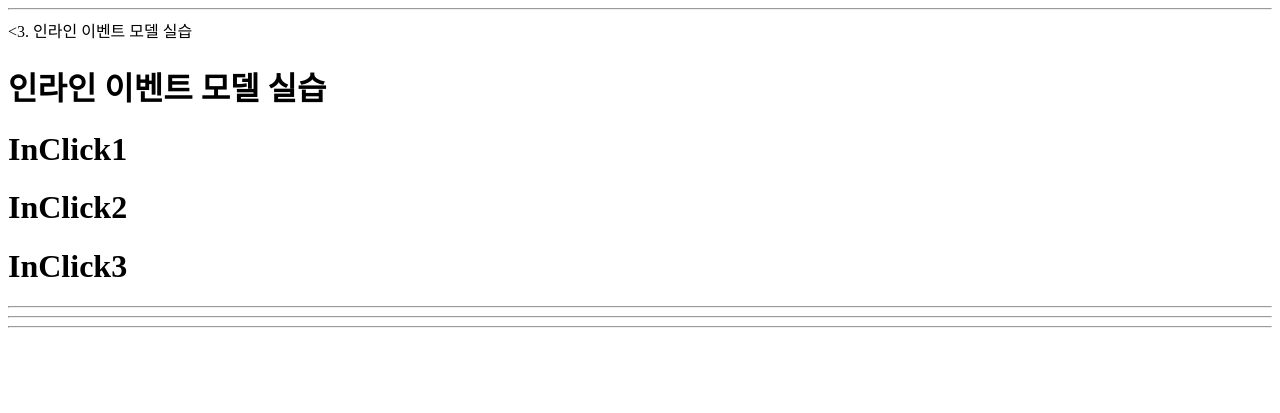
Repository: chlguswns1/web-practice
Page: javaScript/src/main/webapp/10_Event.html
These files come from the project's save history. The page is drawn as it stood at one moment and after the next save; the edit follows.
The browser window is 1280 px wide. The pictures show the whole page.

Above is the page before, as saved 2023-03-08 03:56:56.
Console error: SyntaxError: Unexpected token '('

After the next save:
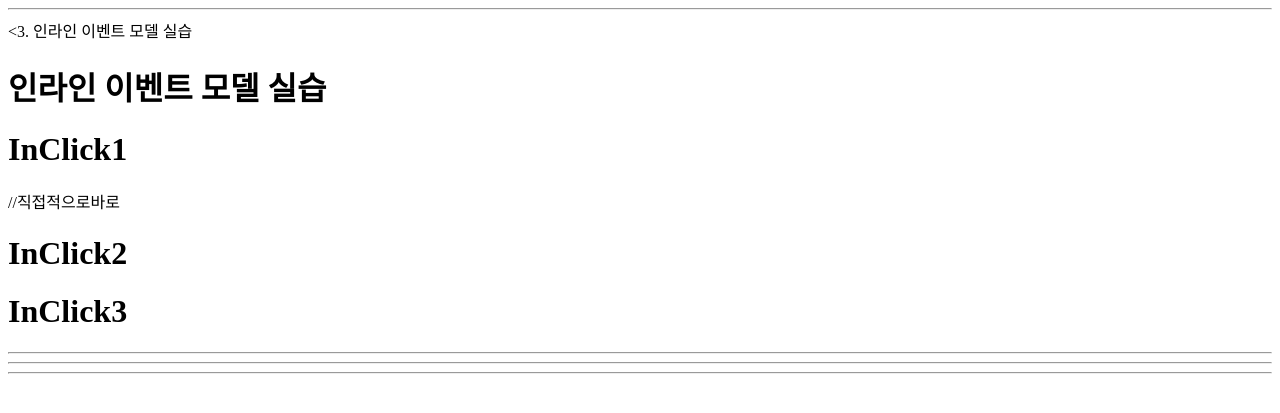
Saved 24 s later.
--- a/javaScript/src/main/webapp/10_Event.html
+++ b/javaScript/src/main/webapp/10_Event.html
@@ -150,7 +150,7 @@
 
 <3. 인라인 이벤트 모델 실습
 <h1>인라인 이벤트 모델 실습</h1>
-	<h1 onclick="alert('클릭')">InClick1</h1>
+	<h1 onclick="alert('클릭')">InClick1</h1>//직접적으로바로
 	<h1 onclick="var alpha=10;alert(alpha);">InClick2</h1>
 	<h1 onclick="whenClick(event)">InClick3</h1>
 

After the 3 saves that followed:
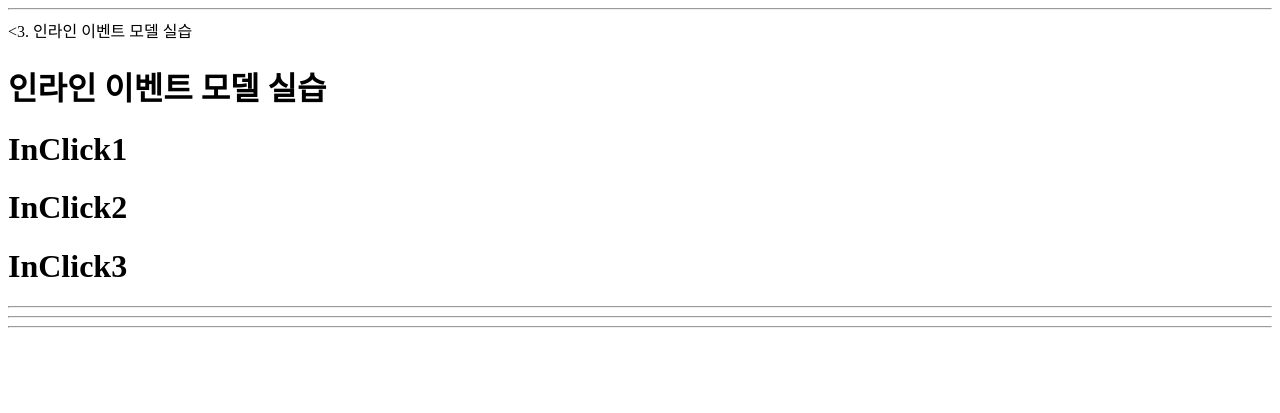
The error is gone.
The 3 saves are shown as one change because 2 left the picture as it was.
The last was saved 46 s later.
--- a/javaScript/src/main/webapp/10_Event.html
+++ b/javaScript/src/main/webapp/10_Event.html
@@ -105,8 +105,9 @@
 	 */
 /* 3. 인라인 이벤트 모델 */
 // - HTML 페이지의 가장 기본적인 이벤트 연결 방법.
-function whenClick(event)() {
-
+function whenClick(event) {
+	var alpha = 20;
+	alert(alpha);
 }
 
 /* 4. 기본 이벤트 제거 */
@@ -150,7 +151,7 @@
 
 <3. 인라인 이벤트 모델 실습
 <h1>인라인 이벤트 모델 실습</h1>
-	<h1 onclick="alert('클릭')">InClick1</h1>//직접적으로바로
+	<h1 onclick="alert('클릭')">InClick1</h1> <!-- 직접적으로바로 -->
 	<h1 onclick="var alpha=10;alert(alpha);">InClick2</h1>
 	<h1 onclick="whenClick(event)">InClick3</h1>
 
